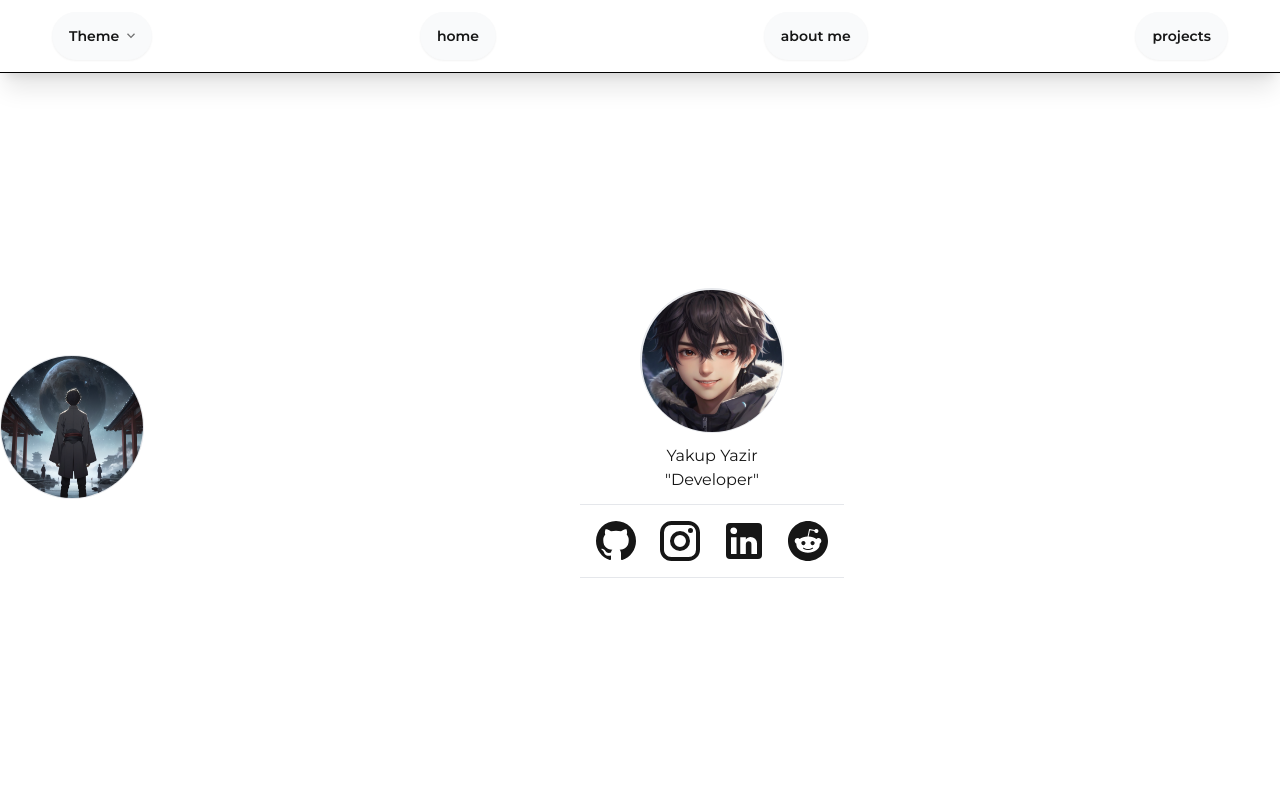
Repository: Yakyaz/myWebsite
Page: /home
An editor plug-in stored every save of this project. The page is shown before and after the next save, followed by the edit.
The browser window is 1280 px wide. The pictures show the whole page.
The project was rebuilt for these pictures with package versions that can differ from the ones it lists, and the page was loaded fresh each time. The framework's server and built-in components were replaced by stand-ins that run in the browser. Also part of the build but not shown: next.config.js.

Above is the page before, as saved 2023-12-03 14:22:24.

After the next save:
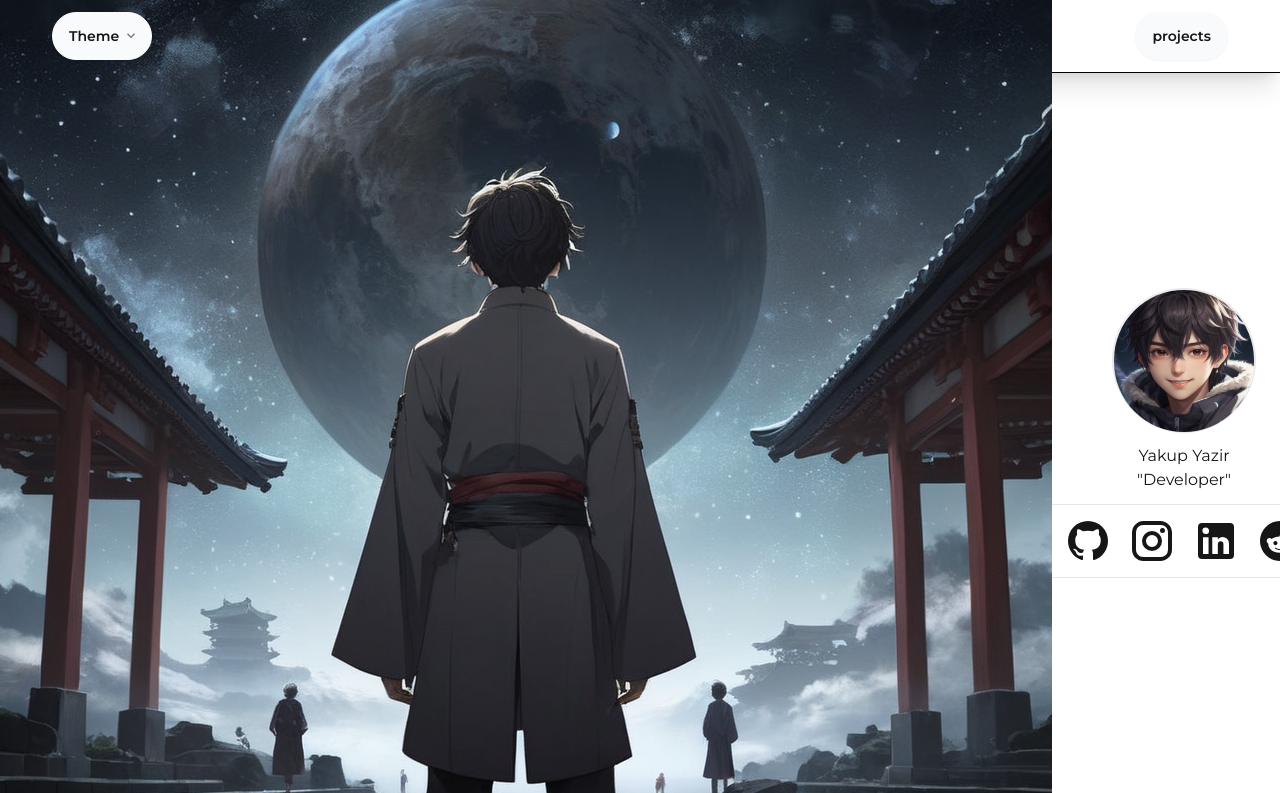
Saved 9 s later.
--- a/app/home/page.tsx
+++ b/app/home/page.tsx
@@ -10,7 +10,7 @@ function Home() {
   return (
     <main className="w-screen h-screen flex items-center justify-center ">
       <Image
-        className="border rounded-full mb-3 h-36 w-36 text-center"
+        className=""
         alt="Background"
         src={background}
         placeholder="blur"
